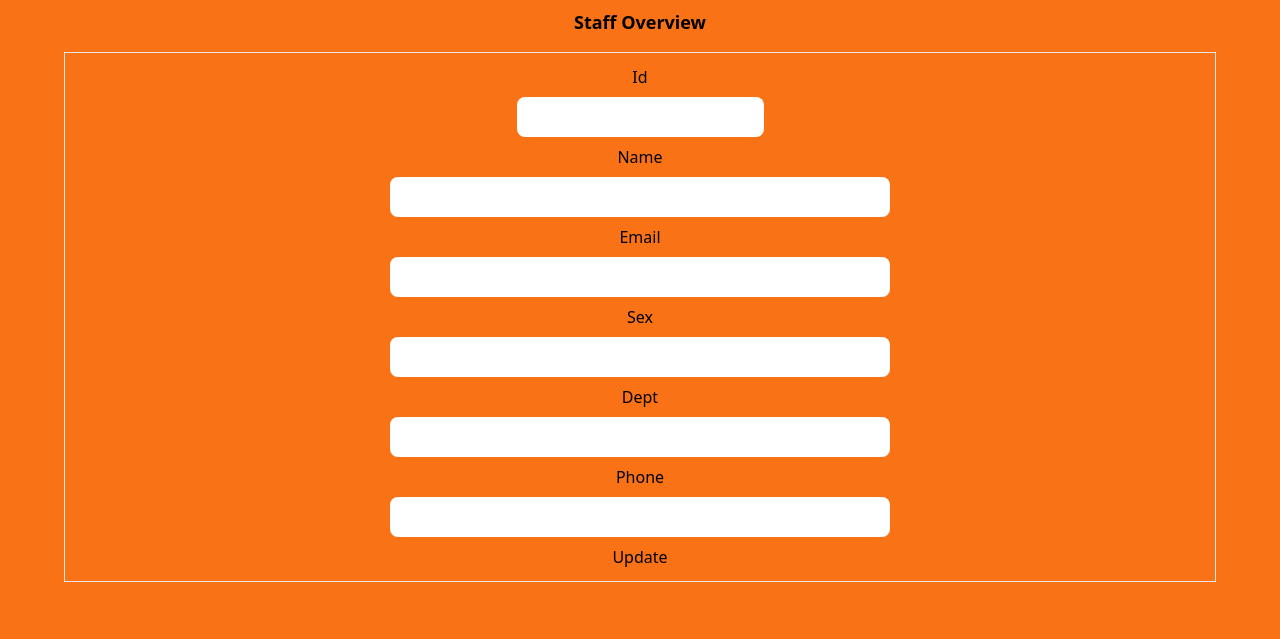
Repository: Semanmernstack/crud
Page: /employee/create
An editor plug-in stored every save of this project. The page is shown before and after the next save, followed by the edit.
The browser window is 1280 px wide. The pictures show the whole page.
The project was rebuilt for these pictures with package versions that can differ from the ones it lists, and the page was loaded fresh each time. Also part of the build but not shown: src/List.js, src/Details.js, src/Edit.js.

Above is the page before, as saved 2022-12-24 01:52:23.

### src/App.js
import List from "./List";
import {
  BrowserRouter,
  Routes,
  Route,

} from "react-router-dom";
import Details from "./Details";
import Create from "./Create";
import Edit from "./Edit";



function App() {
  return (
    <div className="bg-slate-100 h-screen">
      <BrowserRouter>

      <Routes>
        <Route path="/" element={<List/>}> </Route>
        <Route path="/employee/create" element={<Create/>}> </Route>
        <Route path="/employee/details/:empid" element={<Details/>}> </Route>
        <Route path="/employee/edit/:empid" element={<Edit/>}> </Route>
      </Routes>
      </BrowserRouter>

    </div>
  );
}

export default App;

### src/Create.js
import React from 'react'

function Create() {
  return (
    <div className="flex flex-col h-screen bg-orange-500  text-center ">
        <div>
            <p className="mb-4 mt-2 text-lg font-extrabold">Staff Overview</p>
        </div>
        <form className="">
          <div className="flex text-center p-3 justify-center border max-w-6xl mx-auto  items-center flex-col gap-2">
            <div className="flex flex-col  items-center">
              <span>Id</span>
              <input className='w-full mt-2 outline-none border-none p-2 rounded-lg'   type="text" />
            </div>
            <div className="flex flex-col w-[500px] items-center">
              <span>Name</span>
              <input className='w-full mt-2 outline-none border-none p-2 rounded-lg' type="text" required />
            </div>
            <div className="flex flex-col w-[500px] items-center">
              <span>Email</span>
              <input className='w-full mt-2 outline-none border-none p-2 rounded-lg' type="email" />
            </div>
            <div className="flex flex-col w-[500px] items-center">
              <span>Sex</span>
              <input className='w-full mt-2 outline-none border-none p-2 rounded-lg' type="text" />
            </div>
            <div className="flex flex-col w-[500px] items-center">
              <span>Dept</span>
              <input className='w-full mt-2 outline-none border-none p-2 rounded-lg' type="text" />
            </div>
            <div className="flex flex-col w-[500px] items-center">
              <span>Phone</span>
              <input className='w-full mt-2 outline-none border-none p-2 rounded-lg' type="number" />
            </div>
            <button>Update</button>
          </div>
        </form>
    </div>
  )
}

export default Create

Loaded but not shown: public/index.html (common file); src/index.js (common file); src/index.css (common file); src/reportWebVitals.js (common file); tailwind.config.js (common file)

After the next save:
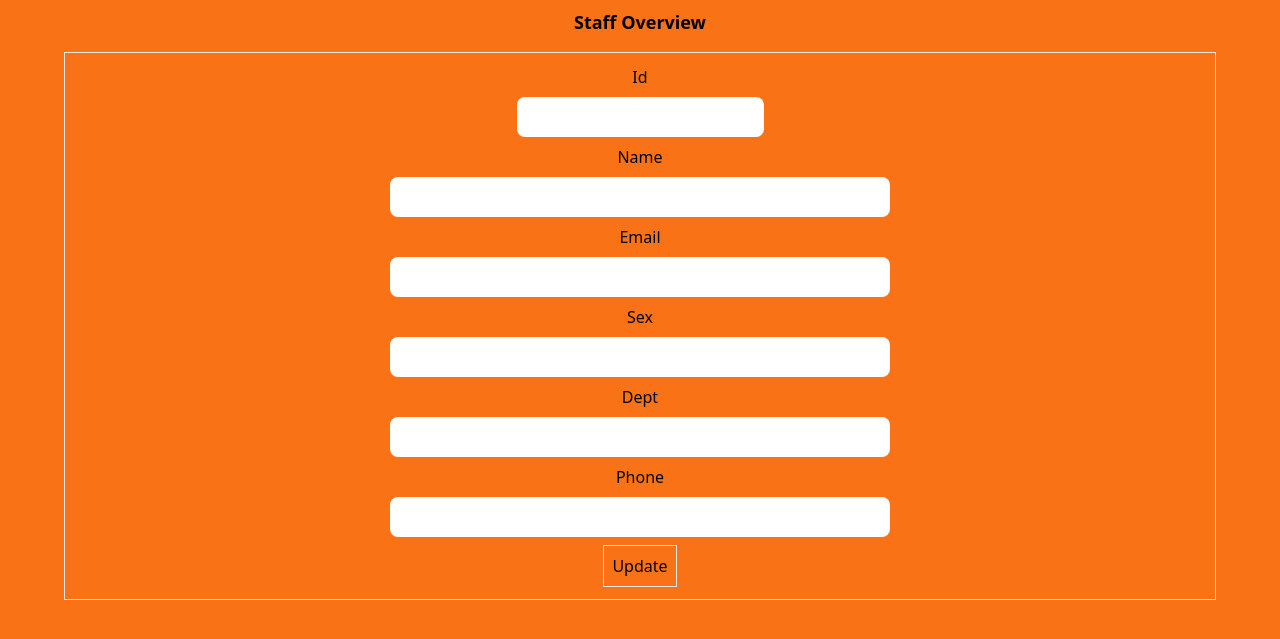
Saved 70 s later.
--- a/src/Create.js
+++ b/src/Create.js
@@ -32,7 +32,7 @@ function Create() {
               <span>Phone</span>
               <input className='w-full mt-2 outline-none border-none p-2 rounded-lg' type="number" />
             </div>
-            <button>Update</button>
+            <button className="border p-2 cursor-pointer hover:text-rose-100">Update</button>
           </div>
         </form>
     </div>
